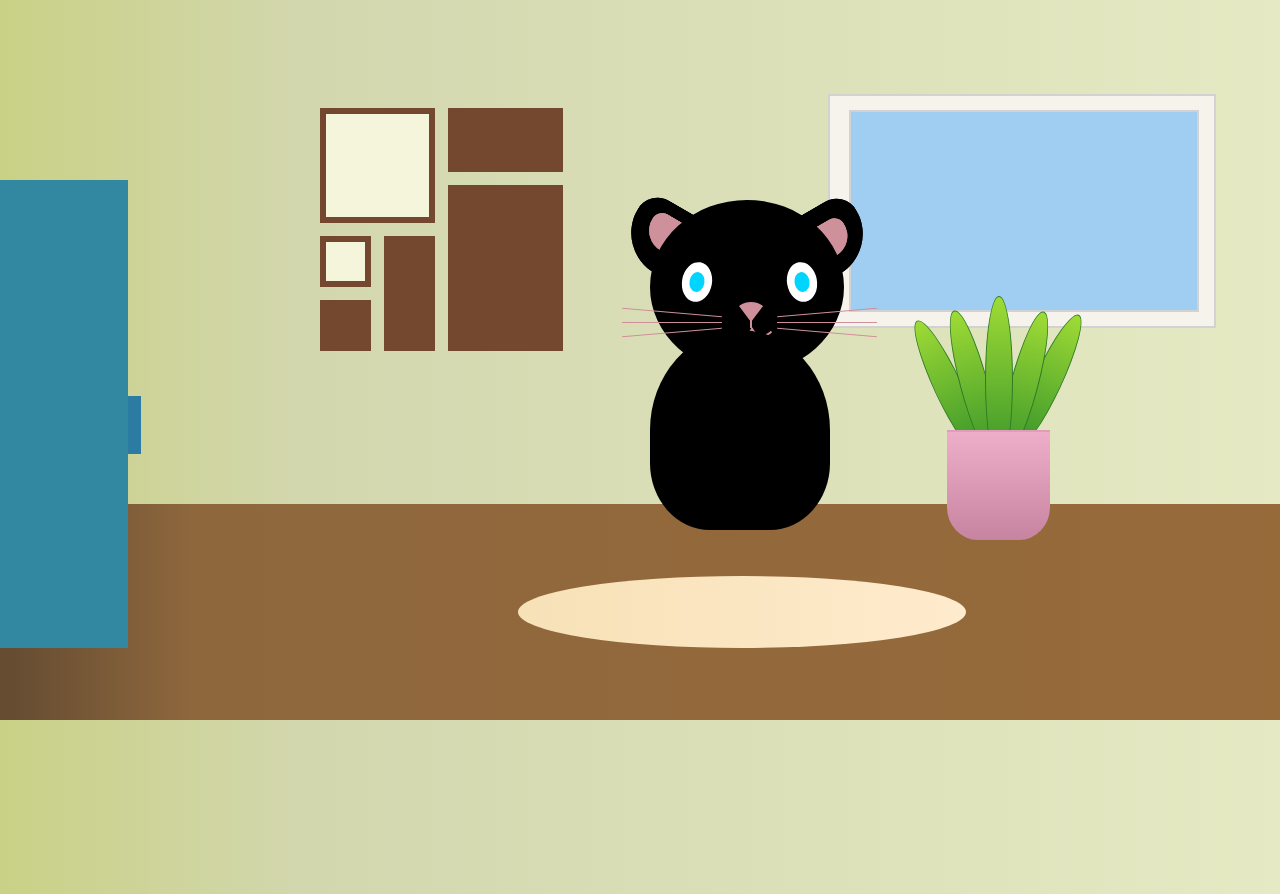
Repository: SandyLy453/COMP-2170-team-project
Page: index.html
An editor plug-in stored every save of this project. The page is shown before and after the next save, followed by the edit.
The browser window is 1280 px wide. The pictures show the whole page.

Above is the page before, as saved 2024-05-03 13:52:18.

After the next save:
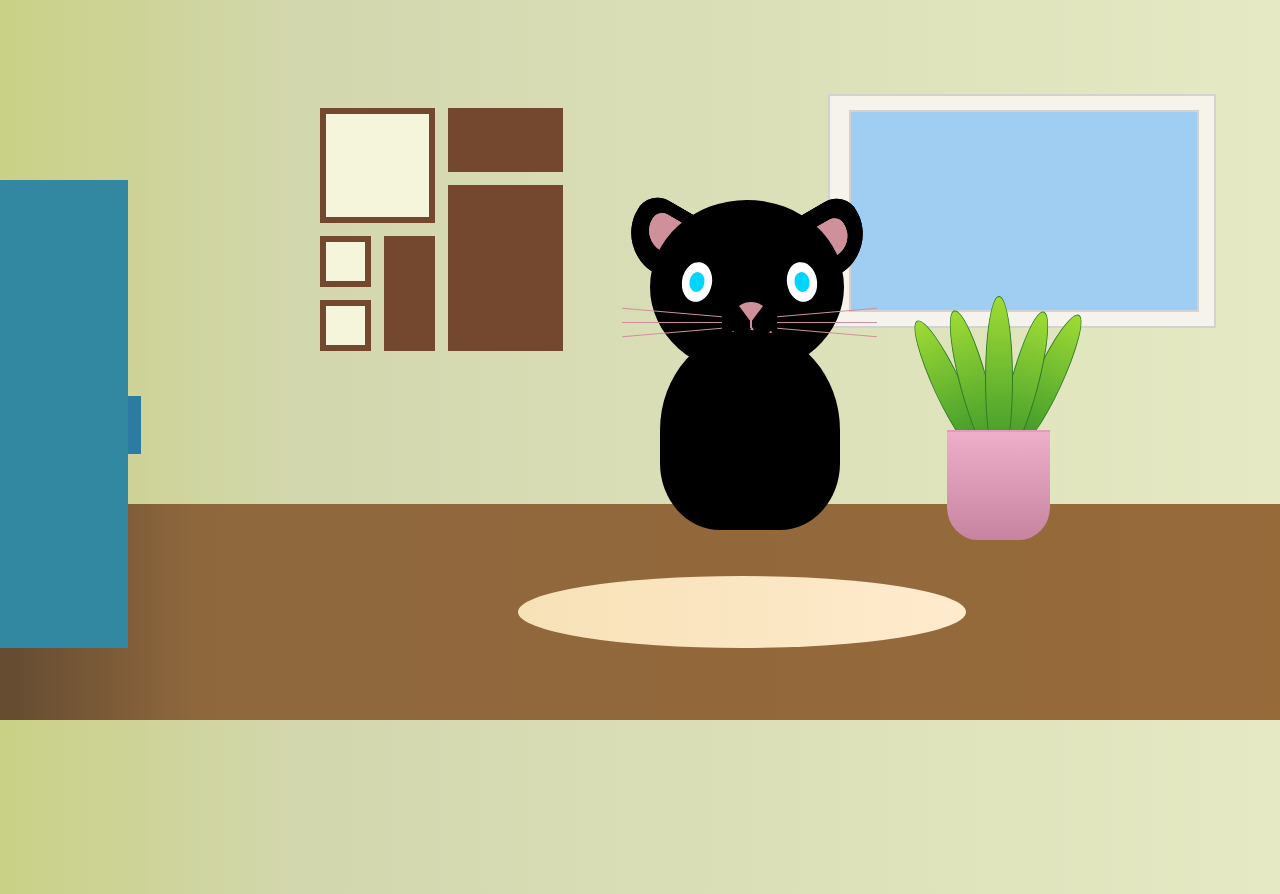
Saved 11 s later.
--- a/styles.css
+++ b/styles.css
@@ -231,6 +231,11 @@ body {
 
 .pic-three {
     position: relative;
+    width: 3vw;
+    height: 3vw;
+    background-color: beige;
+    top: 0.5vw;
+    left: 0.5vw;
 }
 
 .pic-four {
@@ -483,7 +488,7 @@ body {
     width: 180px;
     height: 200px;
     top: 330px;
-    left: 650px;
+    left: 660px;
     background-color: black;
     border-top-left-radius: 90%;
     border-top-right-radius: 90%;
